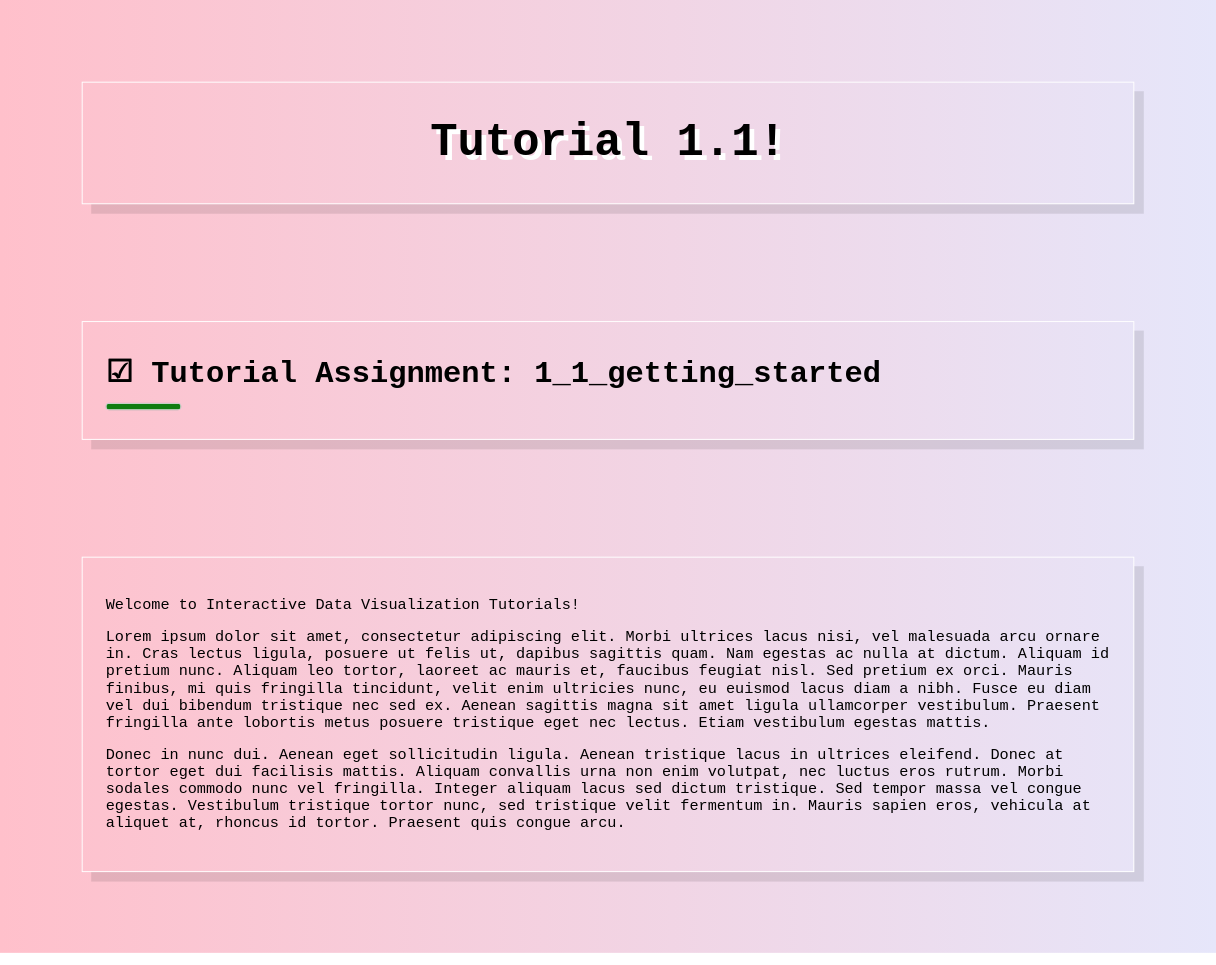
Repository: lisjak/Interactive-Data-Vis-Fall2022
Page: 1_1_getting_started/index.html
These files come from the project's save history. The page is drawn as it stood at one moment and after the next save; the edit follows.
The browser window is 1280 px wide. The pictures show the whole page, at 95% of full size.
Some web fonts or font styles are not loaded; a fallback is used.

Above is the page before, as saved 2022-09-04 22:11:00.

### 1_1_getting_started/index.html
<!DOCTYPE html>

<head>
    <meta charset="utf-8">

    <title>Interactive Data Visualization Tutorial</title>

    <link href="https://fonts.googleapis.com/css2?family=Azeret+Mono&display=swap" rel="stylesheet">

    <link rel="stylesheet" href="./style.css">
</head>

<body>
    <div>
        <h1>
            Tutorial 1.1!
        </h1>
    </div>
    <div>
        <h3>
            &#9745; Tutorial Assignment: 1_1_getting_started
        </h3>

        <meter min="0" max="100" low="0" high="100" optimum="100" value="100">100%</meter>
    </div>
    <div>
        <p>
            Welcome to Interactive Data Visualization Tutorials!
        </p>

        <p>
            Lorem ipsum dolor sit amet, consectetur adipiscing elit. Morbi ultrices lacus nisi, vel malesuada arcu ornare in. Cras lectus ligula, posuere ut felis ut, dapibus sagittis quam. Nam egestas ac nulla at dictum. Aliquam id pretium nunc. Aliquam leo tortor,
            laoreet ac mauris et, faucibus feugiat nisl. Sed pretium ex orci. Mauris finibus, mi quis fringilla tincidunt, velit enim ultricies nunc, eu euismod lacus diam a nibh. Fusce eu diam vel dui bibendum tristique nec sed ex. Aenean sagittis magna
            sit amet ligula ullamcorper vestibulum. Praesent fringilla ante lobortis metus posuere tristique eget nec lectus. Etiam vestibulum egestas mattis.
        </p>

        <p>
            Donec in nunc dui. Aenean eget sollicitudin ligula. Aenean tristique lacus in ultrices eleifend. Donec at tortor eget dui facilisis mattis. Aliquam convallis urna non enim volutpat, nec luctus eros rutrum. Morbi sodales commodo nunc vel fringilla. Integer
            aliquam lacus sed dictum tristique. Sed tempor massa vel congue egestas. Vestibulum tristique tortor nunc, sed tristique velit fermentum in. Mauris sapien eros, vehicula at aliquet at, rhoncus id tortor. Praesent quis congue arcu.
        </p>
    </div>
</body>

</html>

### 1_1_getting_started/style.css
body {
    background-image: linear-gradient(to right, pink, lavender);
    font-family: 'Azeret Mono', monospace;
    font-size: 16px;
    padding: 1em;
    display: flex;
    flex-direction: column;
}

div {
    align-items: center;
    justify-content: center;
    border: 1px solid white;
    padding: 2%;
    margin: 5%;
    box-shadow: 10px 10px 0px rgb(0 0 0 / 0.1);
    transition: 0.5s;
}

div:hover {
    border: 5px solid white;
    transition: 0.5s;
    box-shadow: 10px 10px 0px rgb(0 0 0 / 0.2);
}

div h1 {
    font-size: 3em;
    margin: 0.25em 0;
    text-shadow: 5px 5px 0px white;
    text-align: center;
    font-weight: bold;
}

h3 {
    font-size: 2em;
    margin: 0.25em 0;
}

p {
    font-size: 1em;
    color: black;
}

After the next save:
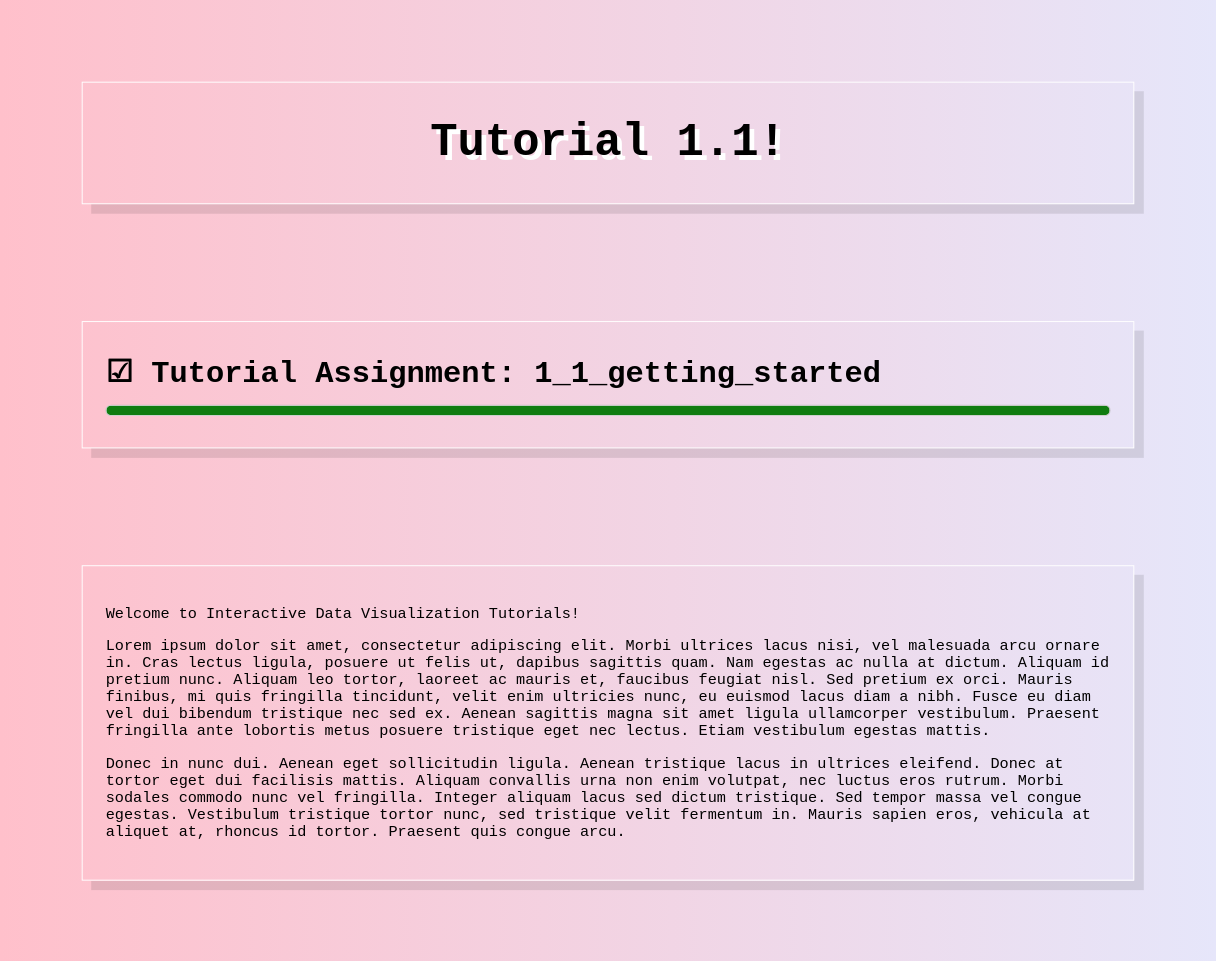
Saved 54 s later.
--- a/1_1_getting_started/style.css
+++ b/1_1_getting_started/style.css
@@ -23,6 +23,11 @@ div:hover {
     box-shadow: 10px 10px 0px rgb(0 0 0 / 0.2);
 }
 
+meter {
+    width: 100%;
+    height: 25px;
+}
+
 div h1 {
     font-size: 3em;
     margin: 0.25em 0;
